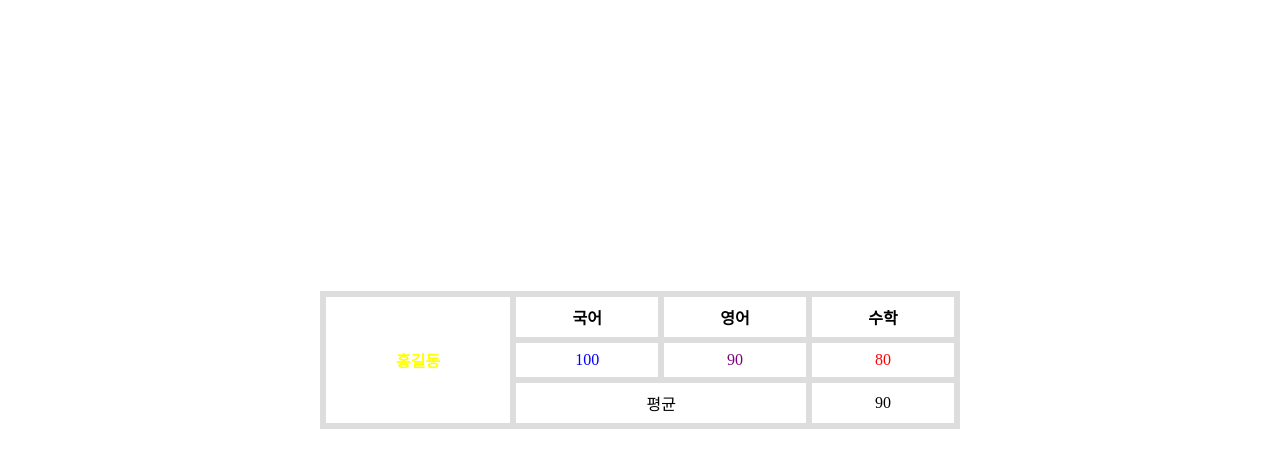
Repository: tjdwlsaos22/TJ_JSP
Page: jsp/HTML/src/main/webapp/Lec04.html
An editor plug-in stored every save of this project. The page is shown before and after the next save, followed by the edit.
The browser window is 1280 px wide. The pictures show the whole page.

Above is the page before, as saved 2024-01-17 04:11:01.

After the next save:
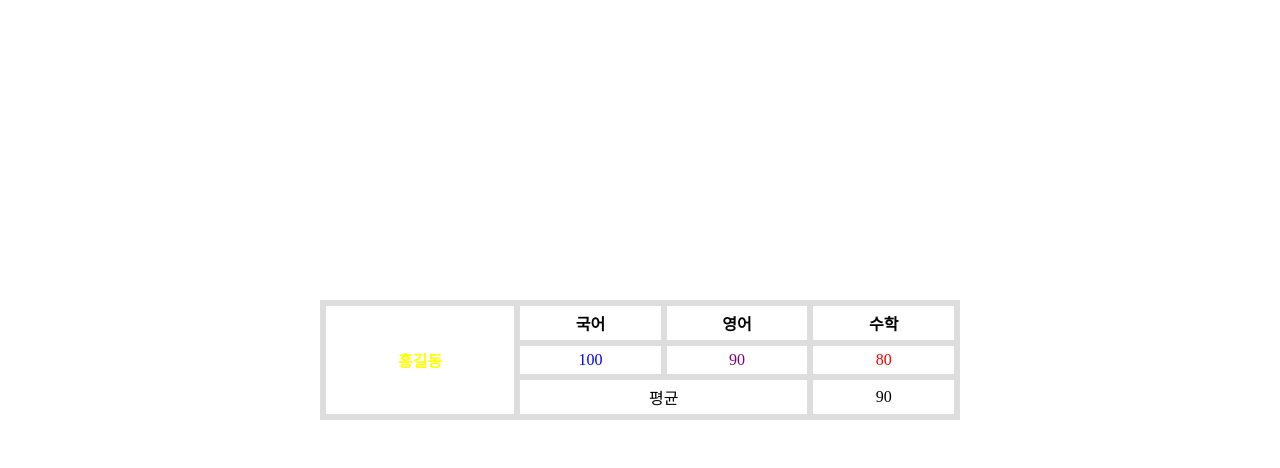
Saved 26 s later.
--- a/jsp/HTML/src/main/webapp/Lec04.html
+++ b/jsp/HTML/src/main/webapp/Lec04.html
@@ -21,7 +21,7 @@
 
     	th, td {
      	border: 6px solid #ddd;
-      	padding: 8px;
+      	padding: 5px;
      	text-align: center ;
     }
   </style>
